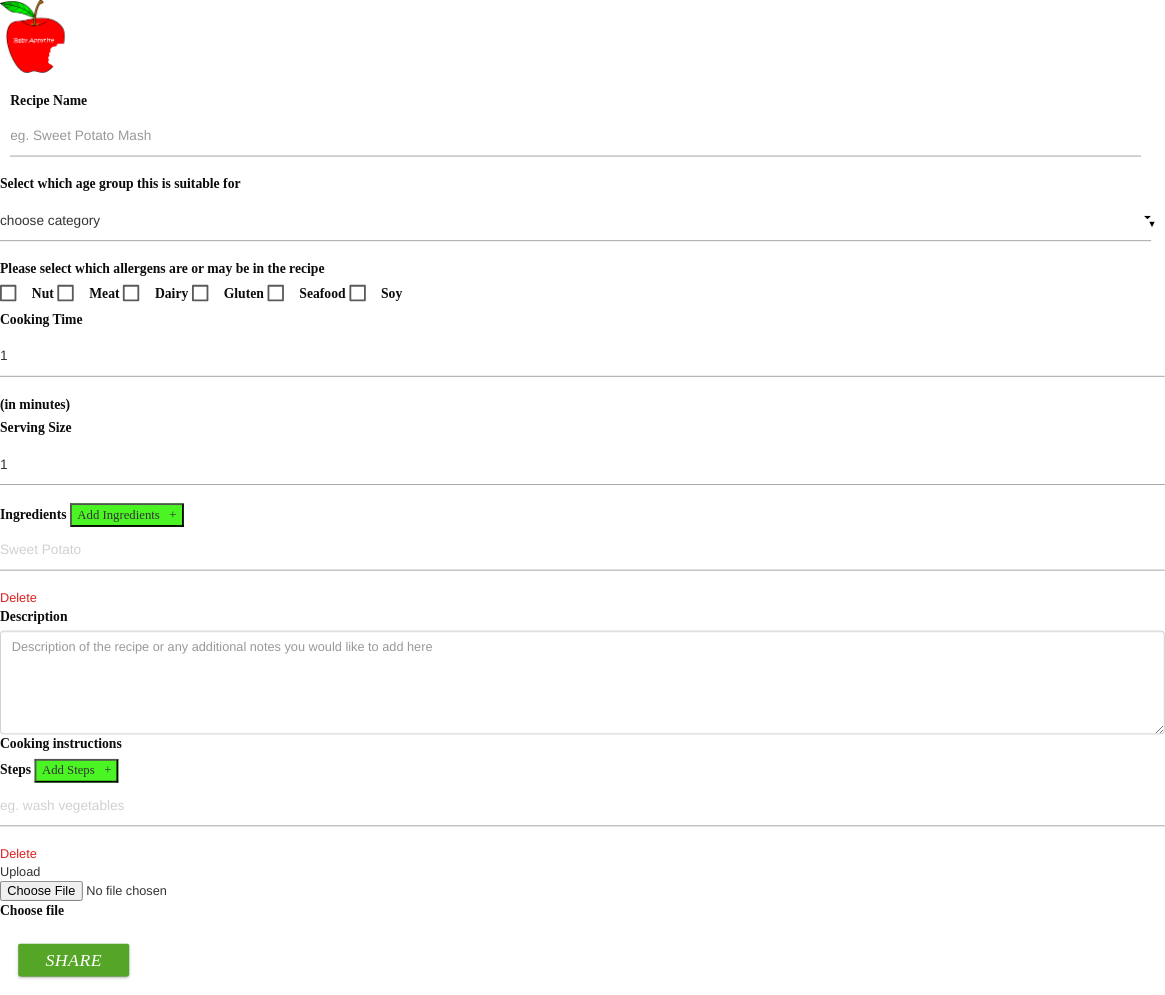
Repository: blueag8/babyappytite
Page: http://localhost/addrecipe
The author's editor kept a record of every edit. The page is drawn from the files as they stood at one moment, then again after the next edit.
The browser window is 1280 px wide. The pictures show the whole page, at 91% of full size.
Some web fonts or font styles are not loaded; a fallback is used. Some web libraries are served in a nearby version. The page is served by the project's application, run on Flask 3 (app.py). Queries for data that is not in the repository find no rows.

Above is the page before.

After the next edit:
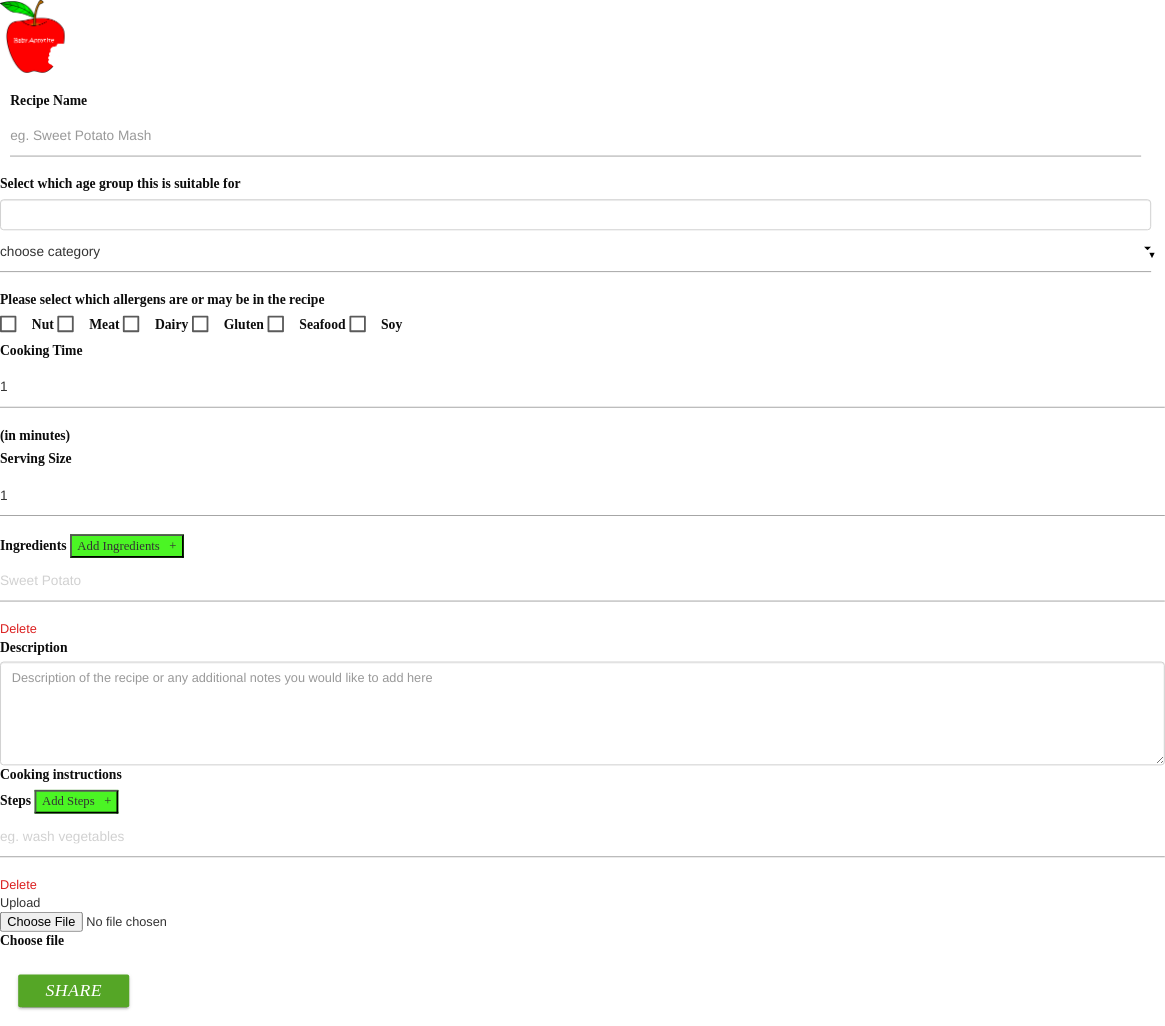
The edit:
--- a/templates/addrecipe.html
+++ b/templates/addrecipe.html
@@ -10,6 +10,7 @@
 
 <div class="row">
       <label for="category_age">Select which age group this is suitable for</label>
+      <input type="select" class="form-control">
         <select id="category_age" name="category_age"required>
           <option value=""disabled>choose category</option>
 
